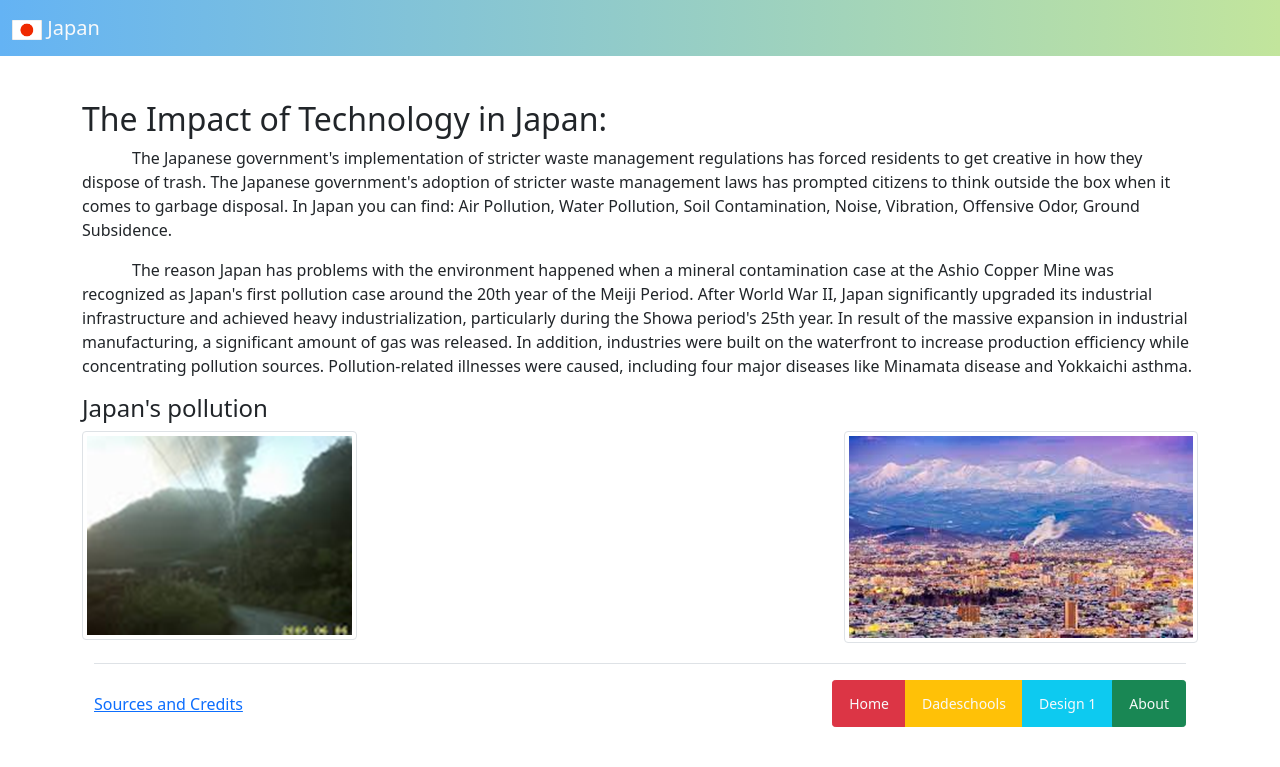
Repository: mrchilliballs/mrchilliballs.github.io
Page: untitled-2.html
The author's editor kept a copy of each file at every save. The page is drawn from the files as they stood at one save, then again after a run of saves.
The browser window is 1280 px wide. The pictures show the whole page.

Above is the page before, as saved 2021-09-02 18:57:52.

### untitled-2.html
<!DOCTYPE html>
<html lang="en">
<head>
    <meta charset="UTF-8">
    <meta http-equiv="X-UA-Compatible" content="IE=edge">
    <!-- CSS only -->
<link href="https://cdn.jsdelivr.net/npm/bootstrap@5.1.0/dist/css/bootstrap.min.css" rel="stylesheet" integrity="sha384-KyZXEAg3QhqLMpG8r+8fhAXLRk2vvoC2f3B09zVXn8CA5QIVfZOJ3BCsw2P0p/We" crossorigin="anonymous">
    <meta name="viewport" content="width=device-width, initial-scale=1.0">
    <title>Document</title>
    <style>
@keyframes AnimationName {
    0%{background-position:0% 50%}
    50%{background-position:100% 50%}
    100%{background-position:0% 50%}
}
#navabr {
    animation: AnimationName 1s ease infinite !important;
    background: #c2e59c;  /* fallback for old browsers */
    background: -webkit-linear-gradient(to right, #64b3f4, #c2e59c);  /* Chrome 10-25, Safari 5.1-6 */
    background: linear-gradient(to right, #64b3f4, #c2e59c); /* W3C, IE 10+/ Edge, Firefox 16+, Chrome 26+, Opera 12+, Safari 7+ */
}
    </style>
</head>
<body>
    <nav class="navbar navbar-light bg-light fixed-top" id="navabr">
        <div class="container-fluid">
          <a class="navbar-brand" href="#">
            <img src="japan.gif" alt="" width="30" height="20 class="d-inline-block align-text-top">
            <span class="text-light">Japan</span>
          </a>
        </div>
      </nav>
    <main class="container">
<h2 style="margin-top: 100px;">The Impact of Technology in Japan:</h2>
	<p style="text-indent: 50px;">The Japanese government's implementation of stricter waste management regulations has forced residents to get creative in how they dispose of trash. The Japanese government's adoption of stricter waste management laws has prompted citizens to think outside the box when it comes to garbage disposal. In Japan you can find: Air Pollution, Water Pollution, Soil Contamination, Noise, Vibration, Offensive Odor, Ground Subsidence.
	<br></p><p style="text-indent: 50px;">The reason Japan has problems with the environment happened when a mineral contamination case at the Ashio Copper Mine was recognized as Japan's first pollution case around the 20th year of the Meiji Period. After World War II, Japan significantly upgraded its industrial infrastructure and achieved heavy industrialization, particularly during the Showa period's 25th year. In result of the massive expansion in industrial manufacturing, a significant amount of gas was released. In addition, industries were built on the waterfront to increase production efficiency while concentrating pollution sources. Pollution-related illnesses were caused, including four major diseases like Minamata disease and Yokkaichi asthma.
    </p>
    <h4>Japan's pollution</h4>
    <div class="float-start"><img src="Picture3.png" class="rounded img-thumbnail img-fluid" alt="..."></div>
    <div class="float-end"><img src="Picture4.png" class="rounded img-thumbnail img-fluid" alt="..."></div>
    <div style="margin-bottom: 15rem;"></div>
        <div class="container">
            <footer class="d-flex flex-wrap justify-content-between align-items-center py-3 my-4 border-top" style="">
              <div class="dropdown">
                <a class="" href="#" role="button" id="dropdownMenuLink" data-bs-toggle="dropdown" aria-expanded="false">
                  Sources and Credits
                </a>

                <ul class="dropdown-menu" aria-labelledby="dropdownMenuLink">
                  <li><a class="dropdown-item" href="https://www.world-weather-travellers-guide.com/air-pollution-in-japan.htm">Source 1</a></li>
                  <li><a class="dropdown-item" href="https://www.nytimes.com/1964/12/26/archives/tokyo-troubled-by-air-pollution-emphasis-in-smog-control-is-still.html">Source 2</a></li>
                  <li><a class="dropdown-item" href="https://creativecommons.org/licenses/by-nc/2.0/s">Source 3</a></li>
                  <li><a class="dropdown-item" href="https://encyclopedia.1914-1918 online.net/article/science_and_technology_japan ">Source 4</a></li>
                  <li><a class="dropdown-item" href="https://en.wikipedia.org/wiki/Tokyo">Source 5</a></li>
                  <li><a class="dropdown-item" href="https://en.wikipedia.org/wiki/Meiji_Restoration ">Source 6</a></li>
                </ul>
              </div>
              <a href="/" class="col-md-4 d-flex align-items-center justify-content-center mb-3 mb-md-0 me-md-auto link-dark text-decoration-none">
                <svg class="bi me-2" width="40" height="32"><use xlink:href="#bootstrap"></use></svg>
              </a>

              <ul class="nav col-md-4 justify-content-end">
                <div class="btn-group" role="group" aria-label="Basic mixed styles example">
                    <button type="button" class="btn btn-danger btn-sm"><li class="nav-item"><a href="#" class="nav-link px-2 text-light">Home</a></li></button>
                    <button type="button" class="btn btn-warning btn-sm"><li class="nav-item"><a href="https://www3.dadeschools.net" class="nav-link px-2 text-light">Dadeschools</a></li></button>
                    <button type="button" class="btn btn-info btn-sm"><li class="nav-item"><a href="index.html" class="nav-link px-2 text-light">Design 1</a></li></button>
                    <button type="button" class="btn btn-success btn-sm"><li class="nav-item"><a class="nav-link px-2 text-light" href="#" role="button" id="dropdownMenuLink" data-bs-toggle="dropdown" aria-expanded="false">About</a><ul class="dropdown-menu" aria-labelledby="dropdownMenuLink1">
                      <li class="dropdown-item">We made this website using the program language "HTML". It took us a lot of work and we hope we get a good grade on this because we did our best on this website.</li>
                    </ul></li>
                    </button>
                  </div>
              </ul>
            </footer>
          </div>
          <!-- JavaScript Bundle with Popper -->
<script src="https://cdn.jsdelivr.net/npm/bootstrap@5.1.0/dist/js/bootstrap.bundle.min.js" integrity="sha384-U1DAWAznBHeqEIlVSCgzq+c9gqGAJn5c/t99JyeKa9xxaYpSvHU5awsuZVVFIhvj" crossorigin="anonymous"></script>
    </main>
</body>
</html>

After the next 2 saves:
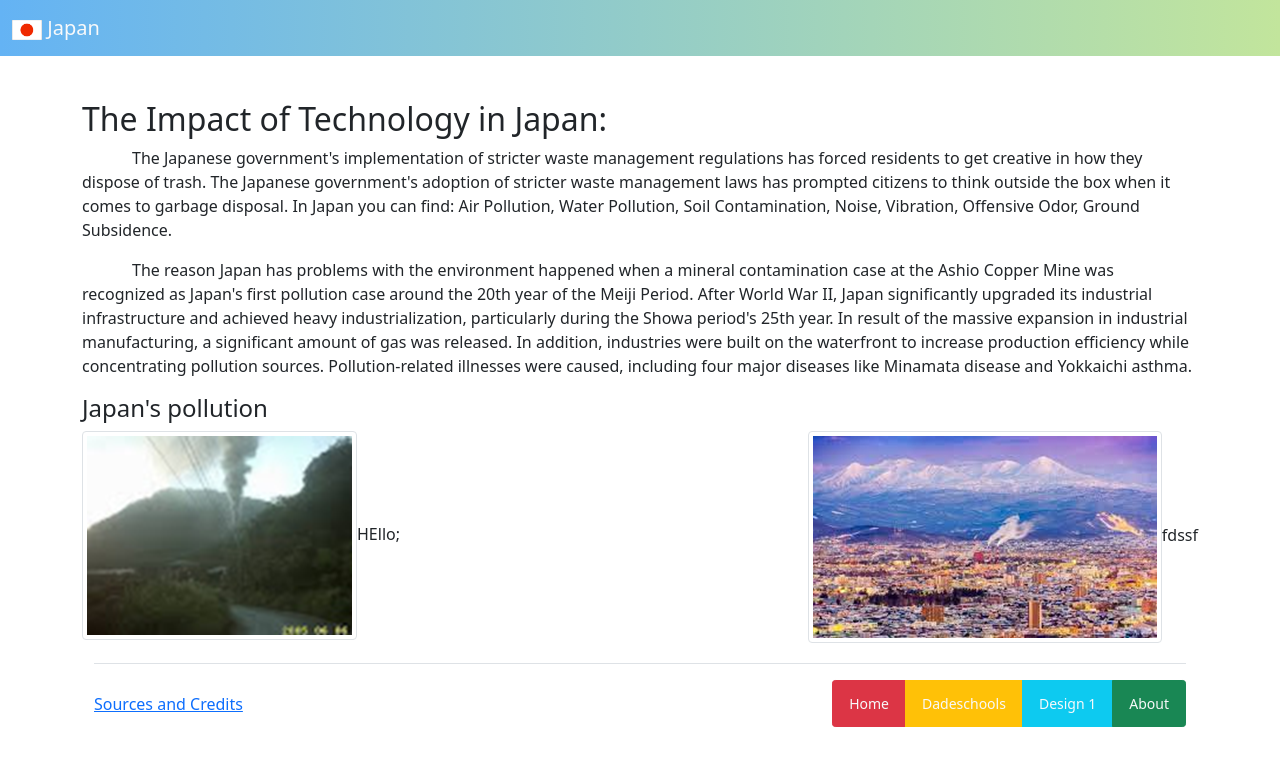
The 2 saves are shown as one change because they came seconds apart.
The last was saved 12 s later.
--- a/untitled-2.html
+++ b/untitled-2.html
@@ -36,8 +36,8 @@
 	<br></p><p style="text-indent: 50px;">The reason Japan has problems with the environment happened when a mineral contamination case at the Ashio Copper Mine was recognized as Japan's first pollution case around the 20th year of the Meiji Period. After World War II, Japan significantly upgraded its industrial infrastructure and achieved heavy industrialization, particularly during the Showa period's 25th year. In result of the massive expansion in industrial manufacturing, a significant amount of gas was released. In addition, industries were built on the waterfront to increase production efficiency while concentrating pollution sources. Pollution-related illnesses were caused, including four major diseases like Minamata disease and Yokkaichi asthma.
     </p>
     <h4>Japan's pollution</h4>
-    <div class="float-start"><img src="Picture3.png" class="rounded img-thumbnail img-fluid" alt="..."></div>
-    <div class="float-end"><img src="Picture4.png" class="rounded img-thumbnail img-fluid" alt="..."></div>
+    <div class="float-start"><img src="Picture3.png" class="rounded img-thumbnail img-fluid" alt="...">HEllo;</div>
+    <div class="float-end"><img src="Picture4.png" class="rounded img-thumbnail img-fluid" alt="...">fdssf</div>
     <div style="margin-bottom: 15rem;"></div>
         <div class="container">
             <footer class="d-flex flex-wrap justify-content-between align-items-center py-3 my-4 border-top" style="">

After the save that followed:
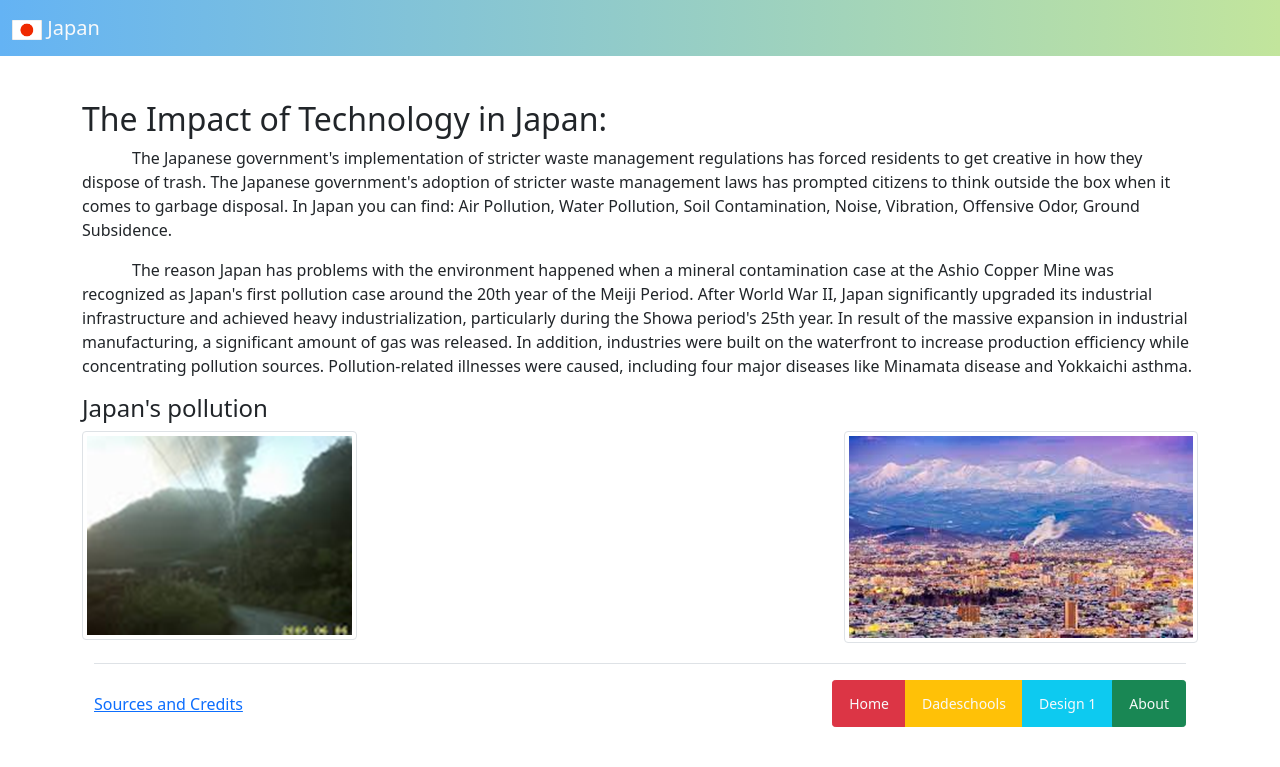
Saved 20 s later.
--- a/untitled-2.html
+++ b/untitled-2.html
@@ -36,8 +36,8 @@
 	<br></p><p style="text-indent: 50px;">The reason Japan has problems with the environment happened when a mineral contamination case at the Ashio Copper Mine was recognized as Japan's first pollution case around the 20th year of the Meiji Period. After World War II, Japan significantly upgraded its industrial infrastructure and achieved heavy industrialization, particularly during the Showa period's 25th year. In result of the massive expansion in industrial manufacturing, a significant amount of gas was released. In addition, industries were built on the waterfront to increase production efficiency while concentrating pollution sources. Pollution-related illnesses were caused, including four major diseases like Minamata disease and Yokkaichi asthma.
     </p>
     <h4>Japan's pollution</h4>
-    <div class="float-start"><img src="Picture3.png" class="rounded img-thumbnail img-fluid" alt="...">HEllo;</div>
-    <div class="float-end"><img src="Picture4.png" class="rounded img-thumbnail img-fluid" alt="...">fdssf</div>
+    <div class="float-start"><img src="Picture3.png" class="rounded img-thumbnail img-fluid" alt="..."></div>
+    <div class="float-end"><img src="Picture4.png" class="rounded img-thumbnail img-fluid" alt="..."></div>
     <div style="margin-bottom: 15rem;"></div>
         <div class="container">
             <footer class="d-flex flex-wrap justify-content-between align-items-center py-3 my-4 border-top" style="">
